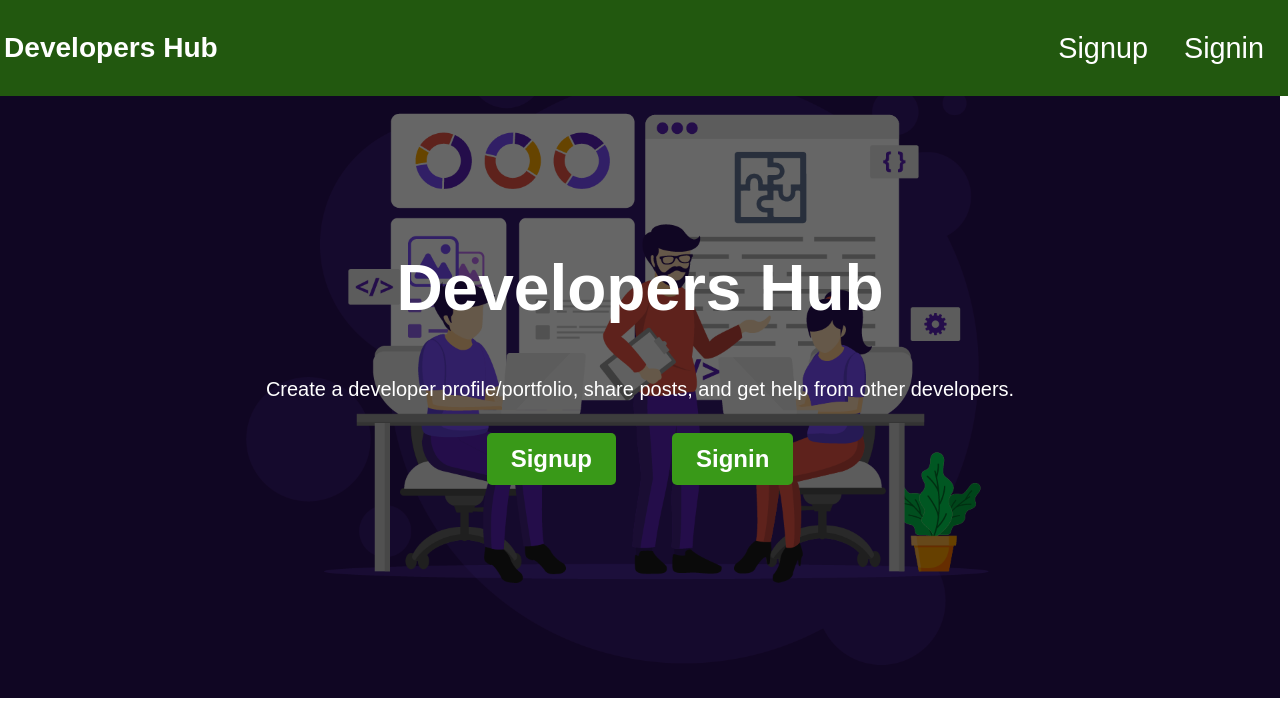
Repository: sayyad-mukthumsa-123/DevMania
Page: / (app in frontend/)
These files come from the project's save history. The page is drawn as it stood at one moment and after the next save; the edit follows.
The browser window is 1280 px wide. The page is 1288 px wide, so the pictures cover 1288 px, including what lies to the right of the window. The pictures show the whole page.
The project was rebuilt for these pictures with package versions that can differ from the ones it lists, and the page was loaded fresh each time. Also part of the build but not shown: frontend/src/pages/login.js, frontend/src/pages/register.js, frontend/src/pages/Allprofiles.js, frontend/src/pages/MyProfile.js, frontend/src/pages/Indprofile.js.

Above is the page before, as saved 2025-02-28 23:40:27.

### frontend/public/index.html
<!-- public/index.html -->
<!DOCTYPE html>
<html lang="en">
<head>
  <meta charset="UTF-8">
  <meta name="viewport" content="width=device-width, initial-scale=1.0">
  <title>Developers Hub</title>
  <link rel="stylesheet" href="https://cdnjs.cloudflare.com/ajax/libs/font-awesome/5.15.3/css/all.min.css">
</head>
<body>
  <div id="root"></div>
</body>
</html>

### frontend/src/App.js
import React from 'react'
import {BrowserRouter,Route,Routes} from 'react-router-dom'
import Home from './pages/Home'
import Login from './pages/login'
import Register from './pages/register'
import Allprofiles from './pages/Allprofiles'
import MyProfile from './pages/MyProfile'
import Indprofile from './pages/Indprofile'

const App = () => {
  return (
    <div>

      <BrowserRouter>
      <Routes>
        <Route path='/' exact Component={Home}/>
        <Route path='/login' exact Component={Login}/>
        <Route path='/register' exact Component={Register}/>
        <Route path='/allprofiles' exact Component={Allprofiles}/>
        <Route path='/myprofile' exact Component={MyProfile}/>
        <Route path='/indprofile/:fullname/:email/:skill/:id' exact Component={Indprofile}/>
      </Routes>
      </BrowserRouter>
    </div>
  )
}

export default App

### frontend/src/pages/Home.js
import React from 'react';
import { Link } from 'react-router-dom';
import '../styles/styles.css';  // Adjust the path based on your file structure
import Navbar from './Navbar';

const Home = () => {
  return (
    <>
      <section className='landing' >
        <div className='dark-overlay'>
        <Navbar />
          <div className='landing-inner'>

            <h1 className='x-large'>Developers Hub</h1>
            <p className='lead'>
              Create a developer profile/portfolio, share posts, and get help from other developers.
            </p>
            <div className='buttons'>
              <Link to="/register" className="btn btn-auth">Signup</Link>
              <Link to="/login" className="btn btn-auth">Signin</Link>
            </div>
          </div>
        </div>
      </section>
    </>
  );
}
export default Home;

### frontend/src/styles/styles.css
/* General reset */
body, html {
  margin: 0;
  padding: 0;
  font-family: Arial, sans-serif;
  width: 100%;
  min-height: 100vh;

}

/* Navbar styles */
.navbar {
  display: flex;
  justify-content: space-between;
  align-items: center;
  padding: 4px;
  font-size: x-large;
  background-color: #22580f
}

.navbar h1 a {
  color: #ffffff;
  text-decoration: none;
}

.navbar ul {
  list-style: none;
  display: flex;
  margin: 0;
  padding: 10px;
  font-size: larger;
}
.navbar ul li
{
  padding: 10px;
  transition: all 0.3s ease;
}
.navbar ul li:hover
{
  transform: scale(1.2);
}
.navbar ul li {
  margin-left: 1rem;
}

.navbar ul li a {
  color: #ffffff;
  text-decoration: none;
}

/* Landing page styles */
/* .landing {
  height: 100%;
  display: flex;
  align-items: center;
  justify-content: center;
  color: black;
  position: relative;
}

.dark-overlay {
  position: absolute;
  top: 0;
  left: 0;
  right: 0;
  bottom: 0;
}

.landing-inner {
  text-align: center;
  z-index: 2;
  position: relative;
}

.x-large {
  font-size: 4rem;
}

.lead {
  font-size: 1.5rem;
  margin-bottom: 2rem;
  color: black;
}

.buttons .btn ,.btn{
  margin: 3rem 2rem;
  padding: 0.75rem 1.25rem;
  border: none;
  border-radius: 5px;
  cursor: pointer;
  text-decoration: none;
  font-size: x-large;
  background-color:#399918 ;
  color: #ffffff;
}


.btn-auth {
  transition: all 0.3s ease;
}
.btn-auth:hover
{
  transform: scale(1.1);
} */

.landing {
  height: 97vh;
  display: flex;
  align-items: center;
  justify-content: center;
  color: white;
  position: relative;
  background: url('../images/home.png') no-repeat center center/cover;
  text-align: center;
  flex-direction: column;
}

.dark-overlay {
  position: absolute;
  top: 0;
  left: 0;
  right: 0;
  bottom: 0;
  background: rgba(0, 0, 0, 0.6); /* Adds a dark overlay for better text visibility */
  display: flex;
  flex-direction: column;
  justify-content: center;
  align-items: center;
}

.landing-inner {
  text-align: center;
  z-index: 2;
  position: relative;
  padding: 2rem;
  max-width: 800px;
}

.x-large {
  font-size: 4rem;
  font-weight: bold;
}

.lead {
  font-size: 1.5rem;
  margin-bottom: 2rem;
}

.buttons {
  display: flex;
  justify-content: center;
  gap: 1.5rem;
}

.btn, .btn-auth {
  margin: 1rem;
  padding: 0.75rem 1.5rem;
  border: none;
  border-radius: 8px;
  cursor: pointer;
  text-decoration: none;
  font-size: 1.25rem;
  font-weight: bold;
  background-color: #399918;
  color: #ffffff;
  transition: all 0.3s ease;
}

.btn-auth:hover {
  transform: scale(1.1);
  background-color: #2e7d12;
}

/* Ensure Navbar stays at the top */
.navbar {
  position: absolute;
  top: 0;
  left: 0;
  width: 100%;
  z-index: 3;
}


/* Container styles */
.container {
  width: 700px;
  margin: 2rem auto;
  padding: 2rem;
  border: 2px solid #399918;
  color: black;
  border-radius: 8px;
  position: relative; /* To ensure proper z-index handling */
  z-index: 1; /* Ensures the container is above any background effects */
}

/* Form styles */
.form {


  display: flex;
  flex-direction: column;
}

.form-group {
  margin-bottom: 1.5rem;
}

.form-group input {
  width: 50%;
  padding: 0.75rem;
  font-size: 1rem;
  border: 1px solid black;
  border-radius: 5px;
  transition: border-color 0.3s ease-in-out, box-shadow 0.3s ease-in-out;
}

.form-group input:focus {
  border-color: #f6f7f9;
  box-shadow: 0 0 8px rgba(0, 123, 255, 0.3);
  outline: none;
}

.btn {
  display: inline-block;
  padding: 0.75rem 1.5rem;
  border: none;
  border-radius: 5px;
  cursor: pointer;
  text-decoration: none;
  font-size: 1.5rem;
  text-align: center;
}

/* .btn-primary {
  background-color: #007bff;
  color: #ffffff;
}

.btn-primary:hover {
  background-color: #0056b3;
  opacity: 0.9;
} */

/* .text-primary {
  color: #f6f8fb;
} */

.large {
  font-size: 2rem;
  margin-bottom: 1rem;
}

.lead {
  font-size: 1.25rem;
  margin-bottom: 1rem;
}

.error {
  color: red;
  margin-top: 1rem;
}

p {
  margin-top: 1rem;
}
.link-auth{
  color:#399918;
  text-decoration: none;
  cursor: pointer;
  padding-left:10px ;
  transition: all 0.3s ease;
  display: inline-block;
  font-size: large;
}
.link-auth:hover
{
  transform: scale(1.3);
}
/* Profiles styles */
.profiles {
  display: flex;
  flex-direction: column;
  gap: 1rem;
}

.profile {
  background-color: #f4f4f4;
  padding: 1rem;
  display: flex;
  align-items: center;
  border: 1px solid #ccc;
  box-shadow: 0 4px 8px rgba(0, 0, 0, 0.1);
  border-radius: 5px;
  margin-bottom: 1rem;
}

.profile .round-img {
  width: 100px;
  border-radius: 50%;
  margin-right: 1rem;
}

.profile-info {
  flex: 1;
}

.profile-info h2 {
  margin: 0 0 0.5rem 0;
}

.profile-info p {
  margin: 0.5rem 0;
}

.profile-info .btn {
  display: inline-block;
  background-color:#399918;
  color: #fff;
  padding: 0.5rem 1rem;
  text-decoration: none;
  border-radius: 0.25rem;
  margin-top: 0.5rem;
  transition: all 0.3s ease;
}

.profile-info .btn:hover {
  transform: scale(1.1);
  background-color:#399918;
}

.profile-skills {
  list-style: none;
  padding: 0;
  display: flex;
  flex-direction: column;
  gap: 0.5rem;
  margin-left: 1rem;
  color: black;
}

.profile-skills li {
  display: flex;
  align-items: center;
  color:greenyellow;
}

.profile-skills li i {
  margin-right: 0.5rem;
}

/* GitHub Section */
.profile-github {
  margin-top: 1rem;
}

.profile-github h2 {
  margin-bottom: 1rem;
}

.repo {
  background: #fff;
  padding: 1rem;
  margin-bottom: 1rem;
  border: 1px solid #ccc;
}

.repo h4 {
  margin: 0.5rem 0;
}

.repo p {
  margin: 0.5rem 0;
}

/* Form */
.form {
  margin-top: 1rem;
}

.form-group {
  margin-bottom: 1rem;
}

.form-group input {
  width: 100%;
  padding: 0.5rem;
  border: 1px solid #ccc;
  border-radius: 0.25rem;
}

.form-group input:focus {
  border-color: #007bff;
  outline: none;
}

/* .btn-primary {
  background: #007bff;
  color: #fff;
  border: none;
  padding: 0.5rem 1rem;
  cursor: pointer;
}

.btn-primary:hover {
  background: #0056b3;
} */

/* Profile Grid */
.profile-grid {
  display: grid;
  grid-template-columns: 1fr;
  grid-gap: 1rem;
  margin-top: 1rem;
}

.profile-top {
  background: #0a0a0a;
  color: #fff;
  padding: 1rem;
  text-align: center;
}

.profile-top img {
  width: 150px;
  border-radius: 50%;
}

.profile-top h1 {
  margin: 0.5rem 0;
}

.profile-top p {
  margin: 0.5rem 0;
}
a{
  color:aqua
}
 .white-text {
  color: black;
}
 .skill-text {
  /* background-color: #5e585c16;  */
  color: #c51414;
  padding: 10px 15px;
  border-radius: 5px;
  display: flex;
  align-items: center;
  font-size: 16px;
  margin-top: 2px;
  /* box-shadow: 0 2px 4px rgba(0, 0, 0, 0.1);  */
}


.skill-text i {
  color: #28a745;
  margin-right: 30px;
}
.taskprovider
{
  color:#28a745;
  text-decoration: none;
  font-size: xx-large;
}

### frontend/src/pages/Navbar.js
import React from 'react';
import { Link } from 'react-router-dom';
import '../styles/styles.css';
const Navbar = () => {
  return (
    <div>
        <nav className="navbar bg-dark">
        <h1>
          <Link to='/'> Developers Hub</Link>
        </h1>
        <ul>
          <li><Link to="/register">Signup</Link></li>
          <li><Link to="/login">Signin</Link></li>
        </ul>
      </nav>
    </div>
  )
}

export default Navbar

Loaded but not shown: frontend/src/index.js (common file); frontend/src/index.css (common file); frontend/src/reportWebVitals.js (common file)

After the next save:
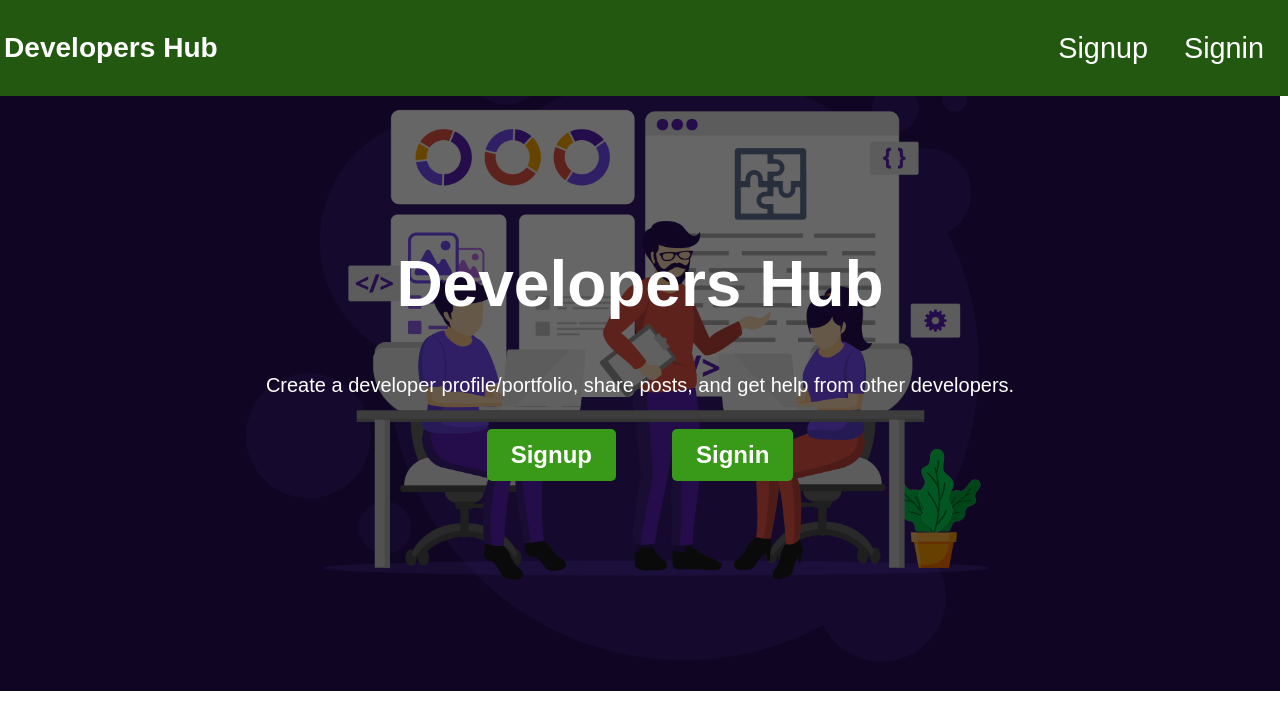
Saved 4 s later.
--- a/frontend/src/styles/styles.css
+++ b/frontend/src/styles/styles.css
@@ -104,7 +104,7 @@ body, html {
 } */
 
 .landing {
-  height: 97vh;
+  height: 96vh;
   display: flex;
   align-items: center;
   justify-content: center;
